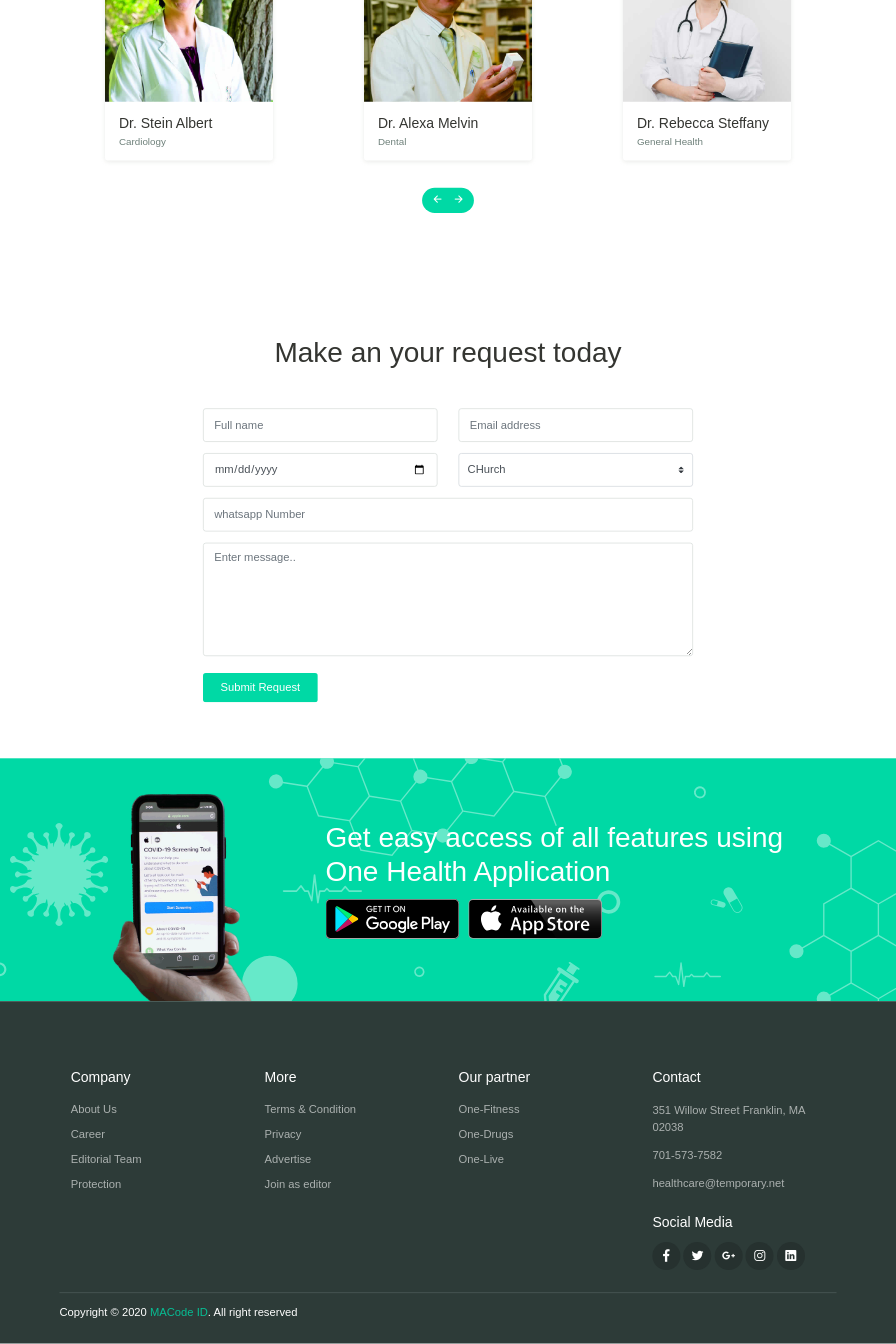
Repository: profbkmurage/myWeb
Page: html/index.html
These files come from the project's save history. The page is drawn as it stood at one moment and after the next save; the edit follows.
The browser window is 1280 px wide. The pictures show the part of the page from y = 1635 to 3555 px (the page is 3555 px tall), at 70% of full size.

Above is the page before, as saved 2023-12-10 16:09:14.

### html/index.html
<!DOCTYPE html>
<html lang="en">
<head>
  <meta charset="UTF-8">
  <meta name="viewport" content="width=device-width, initial-scale=1.0">

  <meta http-equiv="X-UA-Compatible" content="ie=edge">

  <title>M&M Website</title>

  <link rel="stylesheet" href="../assets/css/maicons.css">

  <link rel="stylesheet" href="../assets/css/bootstrap.css">

  <link rel="stylesheet" href="../assets/vendor/owl-carousel/css/owl.carousel.css">

  <link rel="stylesheet" href="../assets/vendor/animate/animate.css">

  <link rel="stylesheet" href="../assets/css/theme.css">
</head>
<body>

  <!-- Back to top button -->
  <div class="back-to-top"></div>

  <header>
    <div class="topbar">
      <div class="container">
        <div class="row">
          <div class="col-sm-8 text-sm">
            <div class="site-info">
              <a href="tel:0745755893" ><span class="mai-call text-primary"></span> +254745755893</a>
              <span class="divider">|</span>
              <a href="#"><span class="mai-mail text-primary"></span> pnjoroge@gmail.com</a>
            </div>
          </div>
          <div class="col-sm-4 text-right text-sm">
            <div class="social-mini-button">
              <a href="#"><span class="mai-logo-facebook-f"></span></a>
              <a href="#"><span class="mai-logo-twitter"></span></a>
              <a href="#"><span class="mai-logo-dribbble"></span></a>
              <a href="#"><span class="mai-logo-instagram"></span></a>
            </div>
          </div>
        </div> <!-- .row -->
      </div> <!-- .container -->
    </div> <!-- .topbar -->

    <nav class="navbar navbar-expand-lg navbar-light shadow-sm">
      <div class="container">
        <a class="navbar-brand" href="#"><span class="text-primary">P And</span> Associates Media</a>

        <!-- <form action="#">
          <div class="input-group input-navbar">
            <div class="input-group-prepend">
              <span class="input-group-text" id="icon-addon1"><span class="mai-search"></span></span>
            </div>
            <input type="text" class="form-control" placeholder="Enter keyword.." aria-label="Username" aria-describedby="icon-addon1">
          </div>
        </form> -->

        <button class="navbar-toggler" type="button" data-toggle="collapse" data-target="#navbarSupport" aria-controls="navbarSupport" aria-expanded="false" aria-label="Toggle navigation">
          <span class="navbar-toggler-icon"></span>
        </button>

        <div class="collapse navbar-collapse" id="navbarSupport">
          <ul class="navbar-nav ml-auto">
            <li class="nav-item active">
              <a class="nav-link" href="index.html">Home</a>
            </li>
            <li class="nav-item">
              <a class="nav-link" href="about.html">About Us</a>
            </li>
            <li class="nav-item">
              <a class="nav-link" href="work.html">Our work</a>
            </li>
            <li class="nav-item">
              <a class="nav-link" href="blog.html">News</a>
            </li>
            <li class="nav-item">
              <a class="nav-link" href="contact.html">Contact</a>
            </li>
            <!-- <li class="nav-item">
              <a class="btn btn-primary ml-lg-3" href="#">Login / Register</a>
            </li> -->
          </ul>
        </div> <!-- .navbar-collapse -->
      </div> <!-- .container -->
    </nav>
  </header>

  <div class="page-hero bg-image overlay-dark" style="background-image: url(../assets/img/bg_image_1.jpg);">
    <div class="hero-section">
      <div class="container text-center wow zoomIn">
        <span class="subhead">Let's make your life colorful and simpler</span>
        <h1 class="display-4">Get your color</h1>
        <a href="./work.html" class="btn btn-primary">See our work</a>
      </div>
    </div>
  </div>


  <div class="bg-light">
    <div class="page-section py-3 mt-md-n5 custom-index">
      <div class="container">
        <div class="row justify-content-center">
          <div class="col-md-4 py-3 py-md-0">
            <div class="card-service wow fadeInUp">
              <div class="circle-shape bg-secondary text-white">
                <span class="mai-chatbubbles-outline"></span>
              </div>
              <p><span>Chat</span> with a designers</p>
            </div>
          </div>
          <div class="col-md-4 py-3 py-md-0">
            <div class="card-service wow fadeInUp">
              <div class="circle-shape bg-primary text-white">
                <span class="mai-shield-checkmark"></span>
              </div>
              <p><span>Make</span>-your orders now</p>
            </div>
          </div>
          <div class="col-md-4 py-3 py-md-0">
            <div class="card-service wow fadeInUp">
              <div class="circle-shape bg-accent text-white">
                <span class="mai-basket"></span>
              </div>
              <p><span>you ask</span>-we deliver</p>
            </div>
          </div>
        </div>
      </div>
    </div> <!-- .page-section -->

    <div class="page-section pb-0">
      <div class="container">
        <div class="row align-items-center">
          <div class="col-lg-6 py-3 wow fadeInUp">
            <h1>Welcome to Your graphics <br> Center</h1>
            <p class="text-grey mb-4">Here we are commited to bridge your graphics deficts for you as an individual, small companies, organizations and even big companies and business groups. you make your order and request we have a competent and great team of engineers to do the heavy lifting for you</p>
            <a href="about.html" class="btn btn-primary">Learn More</a>
          </div>
          <div class="col-lg-6 wow fadeInRight" data-wow-delay="400ms">
            <div class="img-place custom-img-1">
              <img src="../assets/img/bg-doctor.png" alt="">
            </div>
          </div>
        </div>
      </div>
    </div> <!-- .bg-light -->
  </div> <!-- .bg-light -->

  <div class="page-section">
    <div class="container">
      <h1 class="text-center mb-5 wow fadeInUp">Our Designers</h1>

      <div class="owl-carousel wow fadeInUp" id="doctorSlideshow">
        <div class="item">
          <div class="card-doctor">
            <div class="header">
              <img src="../assets/img/doctors/doctor_1.jpg" alt="">
              <div class="meta">
                <a href="#"><span class="mai-call"></span></a>
                <a href="#"><span class="mai-logo-whatsapp"></span></a>
              </div>
            </div>
            <div class="body">
              <p class="text-xl mb-0">Dr. Stein Albert</p>
              <span class="text-sm text-grey">Cardiology</span>
            </div>
          </div>
        </div>
        <div class="item">
          <div class="card-doctor">
            <div class="header">
              <img src="../assets/img/doctors/doctor_2.jpg" alt="">
              <div class="meta">
                <a href="#"><span class="mai-call"></span></a>
                <a href="#"><span class="mai-logo-whatsapp"></span></a>
              </div>
            </div>
            <div class="body">
              <p class="text-xl mb-0">Dr. Alexa Melvin</p>
              <span class="text-sm text-grey">Dental</span>
            </div>
          </div>
        </div>
        <div class="item">
          <div class="card-doctor">
            <div class="header">
              <img src="../assets/img/doctors/doctor_3.jpg" alt="">
              <div class="meta">
                <a href="#"><span class="mai-call"></span></a>
                <a href="#"><span class="mai-logo-whatsapp"></span></a>
              </div>
            </div>
            <div class="body">
              <p class="text-xl mb-0">Dr. Rebecca Steffany</p>
              <span class="text-sm text-grey">General Health</span>
            </div>
          </div>
        </div>
        <div class="item">
          <div class="card-doctor">
            <div class="header">
              <img src="../assets/img/doctors/doctor_3.jpg" alt="">
              <div class="meta">
                <a href="#"><span class="mai-call"></span></a>
                <a href="#"><span class="mai-logo-whatsapp"></span></a>
              </div>
            </div>
            <div class="body">
              <p class="text-xl mb-0">Dr. Rebecca Steffany</p>
              <span class="text-sm text-grey">General Health</span>
            </div>
          </div>
        </div>
        <div class="item">
          <div class="card-doctor">
            <div class="header">
              <img src="../assets/img/doctors/doctor_3.jpg" alt="">
              <div class="meta">
                <a href="#"><span class="mai-call"></span></a>
                <a href="#"><span class="mai-logo-whatsapp"></span></a>
              </div>
            </div>
            <div class="body">
              <p class="text-xl mb-0">Dr. Rebecca Steffany</p>
              <span class="text-sm text-grey">General Health</span>
            </div>
          </div>
        </div>
      </div>
    </div>
  </div>

  <!-- <div class="page-section bg-light">
    <div class="container">
      <h1 class="text-center wow fadeInUp">Latest News</h1>
      <div class="row mt-5">
        <div class="col-lg-4 py-2 wow zoomIn">
          <div class="card-blog">
            <div class="header">
              <div class="post-category">
                <a href="#">Covid19</a>
              </div>
              <a href="blog-details.html" class="post-thumb">
                <img src="../assets/img/blog/blog_1.jpg" alt="">
              </a>
            </div>
            <div class="body">
              <h5 class="post-title"><a href="blog-details.html">List of Countries without Coronavirus case</a></h5>
              <div class="site-info">
                <div class="avatar mr-2">
                  <div class="avatar-img">
                    <img src="../assets/img/person/person_1.jpg" alt="">
                  </div>
                  <span>Roger Adams</span>
                </div>
                <span class="mai-time"></span> 1 week ago
              </div>
            </div>
          </div>
        </div>
        <div class="col-lg-4 py-2 wow zoomIn">
          <div class="card-blog">
            <div class="header">
              <div class="post-category">
                <a href="#">Covid19</a>
              </div>
              <a href="blog-details.html" class="post-thumb">
                <img src="../assets/img/blog/blog_2.jpg" alt="">
              </a>
            </div>
            <div class="body">
              <h5 class="post-title"><a href="blog-details.html">Recovery Room: News beyond the pandemic</a></h5>
              <div class="site-info">
                <div class="avatar mr-2">
                  <div class="avatar-img">
                    <img src="../assets/img/person/person_1.jpg" alt="">
                  </div>
                  <span>Roger Adams</span>
                </div>
                <span class="mai-time"></span> 4 weeks ago
              </div>
            </div>
          </div>
        </div>
        <div class="col-lg-4 py-2 wow zoomIn">
          <div class="card-blog">
            <div class="header">
              <div class="post-category">
                <a href="#">Covid19</a>
              </div>
              <a href="blog-details.html" class="post-thumb">
                <img src="../assets/img/blog/blog_3.jpg" alt="">
              </a>
            </div>
            <div class="body">
              <h5 class="post-title"><a href="blog-details.html">What is the impact of eating too much sugar?</a></h5>
              <div class="site-info">
                <div class="avatar mr-2">
                  <div class="avatar-img">
                    <img src="../assets/img/person/person_2.jpg" alt="">
                  </div>
                  <span>Diego Simmons</span>
                </div>
                <span class="mai-time"></span> 2 months ago
              </div>
            </div>
          </div>
        </div>

        <div class="col-12 text-center mt-4 wow zoomIn">
          <a href="blog.html" class="btn btn-primary">Read More</a>
        </div>

      </div>
    </div>
  </div> .page-section -->

  <div class="page-section">
    <div class="container">
      <h1 class="text-center wow fadeInUp">Make an your request today</h1>

      <form class="main-form">
        <div class="row mt-5 ">
          <div class="col-12 col-sm-6 py-2 wow fadeInLeft">
            <input type="text" class="form-control" placeholder="Full name">
          </div>
          <div class="col-12 col-sm-6 py-2 wow fadeInRight">
            <input type="text" class="form-control" placeholder="Email address">
          </div>
          <div class="col-12 col-sm-6 py-2 wow fadeInLeft" data-wow-delay="300ms">
            <input type="date" class="form-control">
          </div>
          <div class="col-12 col-sm-6 py-2 wow fadeInRight" data-wow-delay="300ms">
            <select name="departement" id="departement" class="custom-select">
              <option value="general">CHurch</option>
              <option value="cardiology">Small Business</option>
              <option value="dental">Large organization</option>
              <option value="neurology">Video coverage</option>
              <option value="orthopaedics">video editing</option>
            </select>
          </div>
          <div class="col-12 py-2 wow fadeInUp" data-wow-delay="300ms">
            <input type="text" class="form-control" placeholder="whatsapp Number">
          </div>
          <div class="col-12 py-2 wow fadeInUp" data-wow-delay="300ms">
            <textarea name="message" id="message" class="form-control" rows="6" placeholder="Enter message.."></textarea>
          </div>
        </div>

        <button type="submit" class="btn btn-primary mt-3 wow zoomIn">Submit Request</button>
      </form>
    </div>
  </div> <!-- .page-section -->

  <div class="page-section banner-home bg-image" style="background-image: url(../assets/img/banner-pattern.svg);">
    <div class="container py-5 py-lg-0">
      <div class="row align-items-center">
        <div class="col-lg-4 wow zoomIn">
          <div class="img-banner d-none d-lg-block">
            <img src="../assets/img/mobile_app.png" alt="">
          </div>
        </div>
        <div class="col-lg-8 wow fadeInRight">
          <h1 class="font-weight-normal mb-3">Get easy access of all features using One Health Application</h1>
          <a href="#"><img src="../assets/img/google_play.svg" alt=""></a>
          <a href="#" class="ml-2"><img src="../assets/img/app_store.svg" alt=""></a>
        </div>
      </div>
    </div>
  </div> <!-- .banner-home -->

  <footer class="page-footer">
    <div class="container">
      <div class="row px-md-3">
        <div class="col-sm-6 col-lg-3 py-3">
          <h5>Company</h5>
          <ul class="footer-menu">
            <li><a href="#">About Us</a></li>
            <li><a href="#">Career</a></li>
            <li><a href="#">Editorial Team</a></li>
            <li><a href="#">Protection</a></li>
          </ul>
        </div>
        <div class="col-sm-6 col-lg-3 py-3">
          <h5>More</h5>
          <ul class="footer-menu">
            <li><a href="#">Terms & Condition</a></li>
            <li><a href="#">Privacy</a></li>
            <li><a href="#">Advertise</a></li>
            <li><a href="#">Join as editor</a></li>
          </ul>
        </div>
        <div class="col-sm-6 col-lg-3 py-3">
          <h5>Our partner</h5>
          <ul class="footer-menu">
            <li><a href="#">One-Fitness</a></li>
            <li><a href="#">One-Drugs</a></li>
            <li><a href="#">One-Live</a></li>
          </ul>
        </div>
        <div class="col-sm-6 col-lg-3 py-3">
          <h5>Contact</h5>
          <p class="footer-link mt-2">351 Willow Street Franklin, MA 02038</p>
          <a href="#" class="footer-link">701-573-7582</a>
          <a href="#" class="footer-link">healthcare@temporary.net</a>

          <h5 class="mt-3">Social Media</h5>
          <div class="footer-sosmed mt-3">
            <a href="#" target="_blank"><span class="mai-logo-facebook-f"></span></a>
            <a href="#" target="_blank"><span class="mai-logo-twitter"></span></a>
            <a href="#" target="_blank"><span class="mai-logo-google-plus-g"></span></a>
            <a href="#" target="_blank"><span class="mai-logo-instagram"></span></a>
            <a href="#" target="_blank"><span class="mai-logo-linkedin"></span></a>
          </div>
        </div>
      </div>

      <hr>

      <p id="copyright">Copyright &copy; 2020 <a href="https://macodeid.com/" target="_blank">MACode ID</a>. All right reserved</p>
    </div>
  </footer>

<script src="../assets/js/jquery-3.5.1.min.js"></script>

<script src="../assets/js/bootstrap.bundle.min.js"></script>

<script src="../assets/vendor/owl-carousel/js/owl.carousel.min.js"></script>

<script src="../assets/vendor/wow/wow.min.js"></script>

<script src="../assets/js/theme.js"></script>

</body>
</html>

Loaded but not shown: assets/css/bootstrap.css (library); assets/vendor/owl-carousel/css/owl.carousel.css (library); assets/vendor/animate/animate.css (library); assets/js/jquery-3.5.1.min.js (library); assets/js/bootstrap.bundle.min.js (library); assets/vendor/owl-carousel/js/owl.carousel.min.js (library); assets/vendor/wow/wow.min.js (library); assets/js/theme.js (65 lines, source omitted); assets/css/maicons.css (2634 lines, source omitted); assets/css/theme.css (1836 lines, source omitted)

After the next save:
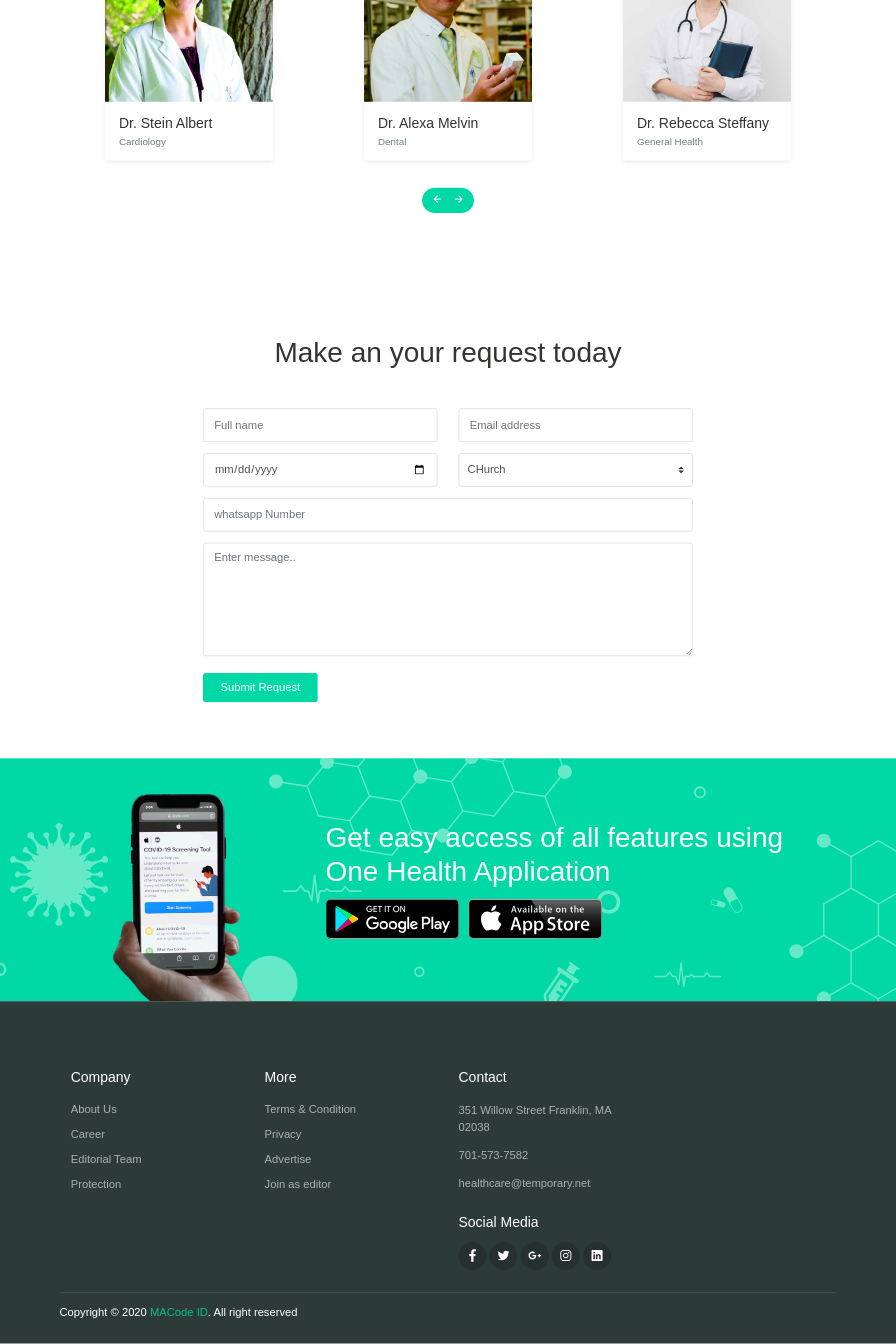
Saved 42 s later.
--- a/html/index.html
+++ b/html/index.html
@@ -394,14 +394,14 @@
             <li><a href="#">Join as editor</a></li>
           </ul>
         </div>
-        <div class="col-sm-6 col-lg-3 py-3">
+        <!-- <div class="col-sm-6 col-lg-3 py-3">
           <h5>Our partner</h5>
           <ul class="footer-menu">
             <li><a href="#">One-Fitness</a></li>
             <li><a href="#">One-Drugs</a></li>
             <li><a href="#">One-Live</a></li>
           </ul>
-        </div>
+        </div> -->
         <div class="col-sm-6 col-lg-3 py-3">
           <h5>Contact</h5>
           <p class="footer-link mt-2">351 Willow Street Franklin, MA 02038</p>
